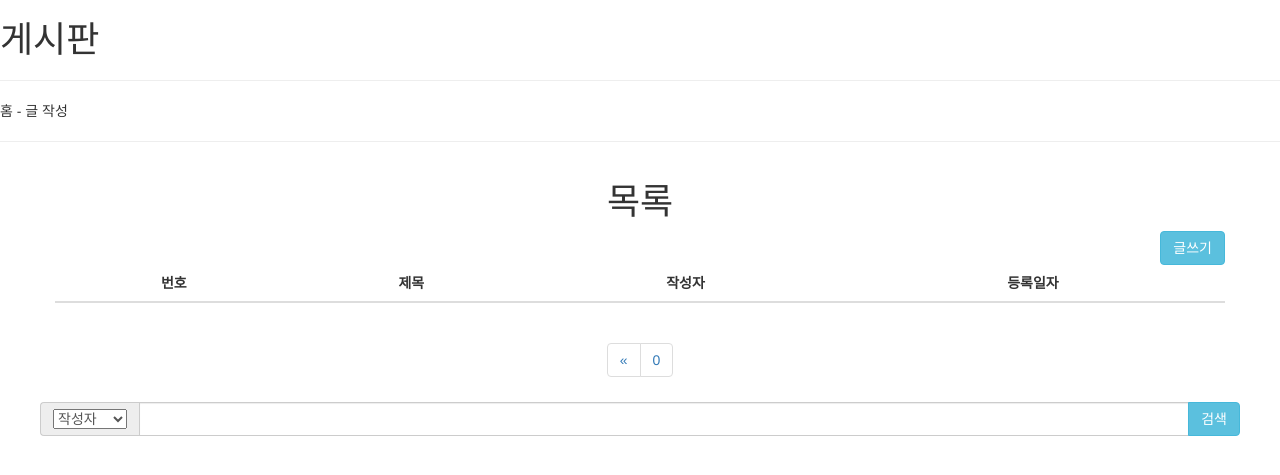
Repository: assa1092/MoonTest
Page: http://localhost/testBoard/WEB-INF/views/board/list.jsp
The author's editor kept a copy of each file at every save. The page is drawn from the files as they stood at one save, then again after the next save.
The browser window is 1280 px wide. The pictures show the whole page.
The page is served by Tomcat 9. Nobody is signed in. Other server files are loaded and not shown. The template is opened directly, without the code that normally fills it, so the values that code supplies are empty.

Above is the page before, as saved 2020-12-18 05:49:34.

### testBoard/src/main/webapp/WEB-INF/views/board/list.jsp
<%@ page language="java" contentType="text/html; charset=UTF-8"
	pageEncoding="UTF-8"%>
<%@ taglib uri="http://java.sun.com/jsp/jstl/core" prefix="c"%>
<%@ taglib uri="http://java.sun.com/jsp/jstl/functions" prefix="fn"%>
<%@ taglib uri="http://java.sun.com/jsp/jstl/fmt" prefix="fmt"%>
<!DOCTYPE html>
<html>
<head>
<meta charset="utf-8">
<meta name="viewport" content="width=device-width, initial-scale=1">
<link rel="stylesheet"
	href="https://maxcdn.bootstrapcdn.com/bootstrap/3.4.1/css/bootstrap.min.css">
<script
	src="https://ajax.googleapis.com/ajax/libs/jquery/3.5.1/jquery.min.js"></script>
<script
	src="https://maxcdn.bootstrapcdn.com/bootstrap/3.4.1/js/bootstrap.min.js"></script>

<title>게시판</title>

<style>
.th-center {
	text-align: center;
}
</style>

</head>
<body>
	<div id="root">
		<header>
			<h1>게시판</h1>
		</header>
		<hr />
		<nav>홈 - 글 작성</nav>
		<hr />


		<section id="container" class="container">

			<div class="row text-center">
				<h1>목록</h1>
			</div>
			<div class="row text-right">
				<button onclick="location.href='/board/writeView'" id="writeBtn"
					class="btn btn-info">글쓰기</button>
				<!-- <a href="/board/writeView">글쓰기</a> -->
			</div>
			<!-- <form action="/board/list" method="post" role="form"> -->
			<div class="row">
				<table class="table table-hober">
					<thead>
						<tr>
							<th class="th-center">번호</th>
							<th class="th-center">제목</th>
							<th class="th-center">작성자</th>
							<th class="th-center">등록일자</th>
						</tr>
					</thead>
					<tbody>
						<c:forEach items="${list }" var="list">
							<tr>
								<td class="th-center"><c:out value="${list.bno}"></c:out></td>
								<td class="th-center"><a
									href="/board/readView/${list.bno }"> <c:out
											value="${list.title}"></c:out>
								</a></td>
								<td class="th-center"><c:out value="${list.writer}"></c:out>
								</td>
								<td class="th-center"><fmt:formatDate
										value="${list.regdate}" pattern="yyyy-MM-dd" /></td>
							</tr>
						</c:forEach>
					</tbody>
				</table>



				<!-- 페이징 처리 -->
				<div align="center">
					<ul class="pagination justify-content-center">
						<c:if test="${to.curPage != 1 }">
							<li class="page-item"><a class="page-link"
								href="/board/list?curPage=${(to.curPage-1) >0 ? (to.curPage-1) : 1} ">&laquo;</a>
							</li>
						</c:if>

						<c:forEach begin="${to.beginPageNum}" end="${to.stopPageNum}"
							var="idx">

							<c:if test="${to.curPage == idx }">
								<li class="page-item active"><a class="page-link"
									href="/board/list?curPage=${idx}">${idx}</a></li>
							</c:if>

							<c:if test="${to.curPage != idx }">
								<li class="page-item"><a class="page-link"
									href="/board/list?curPage=${idx}">${idx}</a></li>
							</c:if>

						</c:forEach>
						<c:if test="${to.curPage != to.totalPage}">
							<li class="page-item"><a class="page-link"
								href="/board/list?curPage=${(to.curPage+1) < to.totalPage? (to.curPage+1) : to.totalPage }">&raquo;</a>
							</li>
						</c:if>
					</ul>

				</div>
				<!-- /페이징처리 -->

				<div class="row">
					<form action="/board/searchList" method="get">
						<div class="input-group">
							<span class="input-group-addon">
								<select name="searchType">
									<option disabled>검색기준</option>
									<option value="writer">작성자</option>
									<option value="title">제목</option>
									<option value="content">내용</option>
								</select>
							</span>
							<input class="form-control" name="keyword"> <span
								class="input-group-btn">
								<button class="btn btn-info">검색</button>
							</span>
						</div>
					</form>

				</div>


			</div>
		</section>
	</div>


</body>
</html>

After the next save:
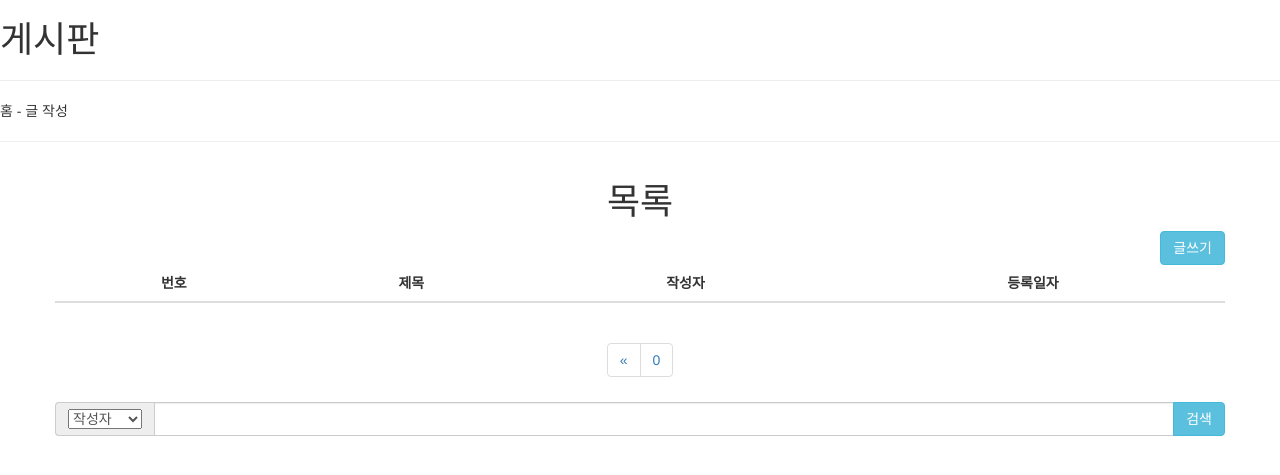
Saved 34 min 1 s later.
--- a/testBoard/src/main/webapp/WEB-INF/views/board/list.jsp
+++ b/testBoard/src/main/webapp/WEB-INF/views/board/list.jsp
@@ -107,7 +107,7 @@
 				</div>
 				<!-- /페이징처리 -->
 
-				<div class="row">
+				<!-- <div class="row"> -->
 					<form action="/board/searchList" method="get">
 						<div class="input-group">
 							<span class="input-group-addon">
@@ -125,7 +125,7 @@
 						</div>
 					</form>
 
-				</div>
+		<!-- 		</div> -->
 
 
 			</div>

After the save that followed:
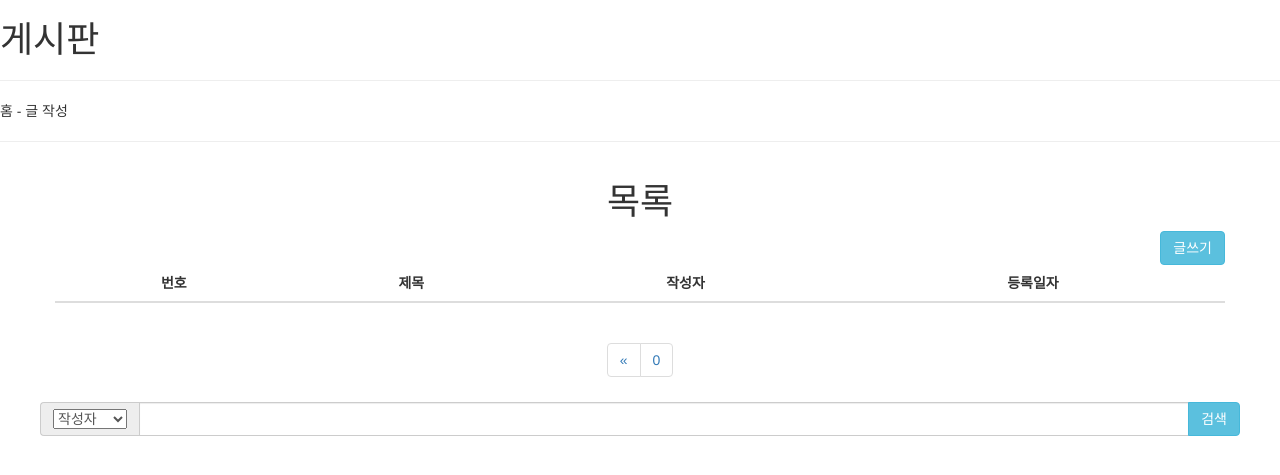
Saved 3 min 24 s later.
--- a/testBoard/src/main/webapp/WEB-INF/views/board/list.jsp
+++ b/testBoard/src/main/webapp/WEB-INF/views/board/list.jsp
@@ -107,7 +107,7 @@
 				</div>
 				<!-- /페이징처리 -->
 
-				<!-- <div class="row"> -->
+				<div class="row">
 					<form action="/board/searchList" method="get">
 						<div class="input-group">
 							<span class="input-group-addon">
@@ -125,7 +125,7 @@
 						</div>
 					</form>
 
-		<!-- 		</div> -->
+				</div>
 
 
 			</div>
